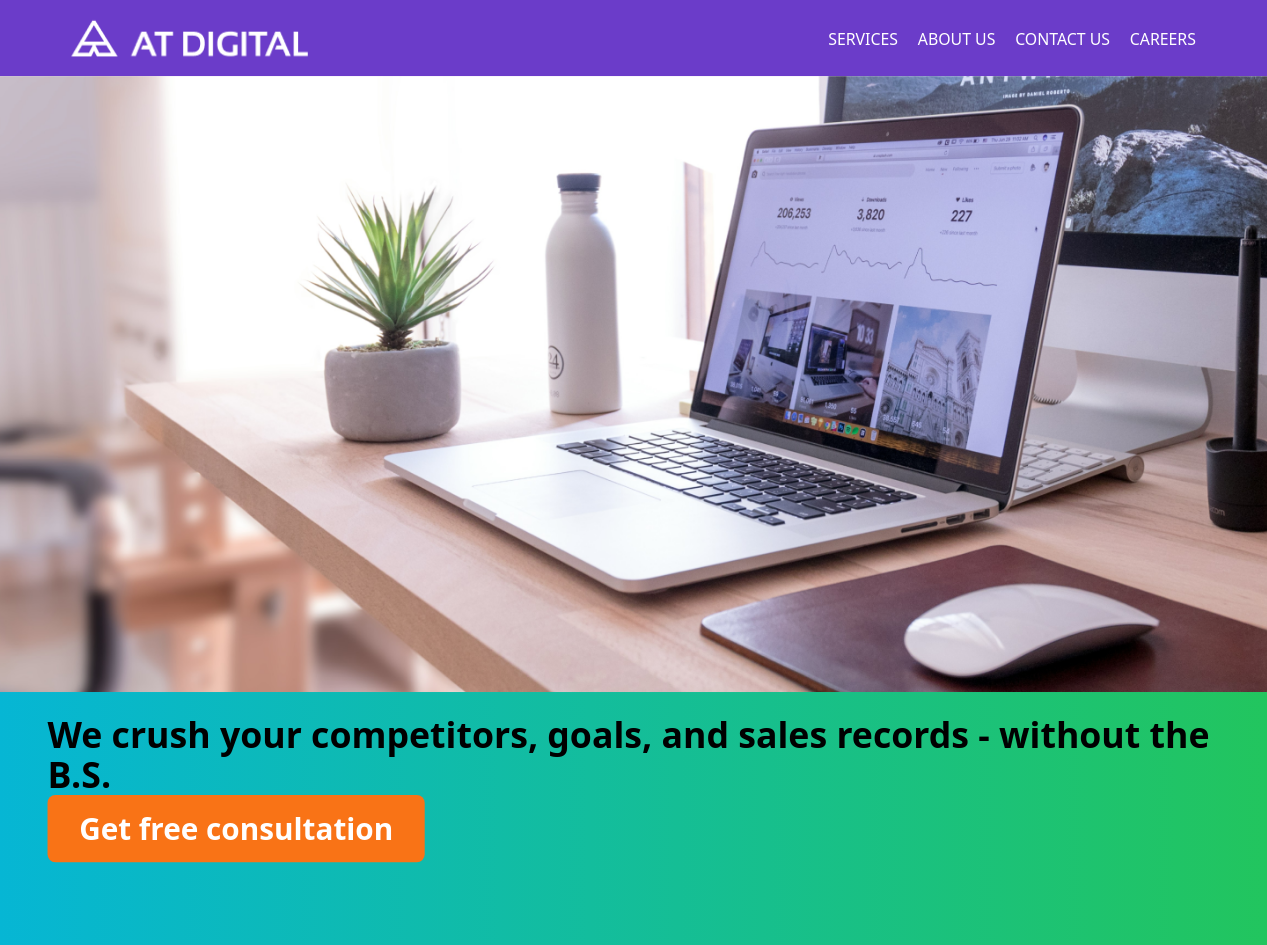
Repository: Milith97/AT-Digital-Website
Page: /
These files come from the project's save history. The page is drawn as it stood at one moment and after the next save; the edit follows.
The browser window is 1280 px wide. The pictures show the whole page, at 99% of full size.
The project was rebuilt for these pictures with package versions that can differ from the ones it lists, and the page was loaded fresh each time. Also part of the build but not shown: vite.config.js.

Above is the page before, as saved 2024-04-06 19:45:57.

### src/App.jsx
// App.js or your main component file
import React from 'react';
import NavBar from './Components/NavBar';
import HomePage from './Components/HomePage';

function App() {
  return (
    <div className="App">
      <NavBar />
      <HomePage />
    </div>
  );
}

export default App;

### src/Components/NavBar.jsx
import React, { useState } from 'react';
import Logo from '../assets/Img/Logo.png';

const NavBar = () => {
    const [isOpen, setIsOpen] = useState(false);

    return (
        <nav className="bg-[#6B3CC9]">
            <div className="max-w-1440px max-h-20 xl:px-16 md:px-7 sm:px-11 max-lg:mx-6">
                <div className="flex justify-between">
                    <div>
                        <a href="#" className={`flex items-center py-5 sm:px-2 ${isOpen ? 'hidden' : 'flex'}`}>
                            <img src={Logo} alt="Logo" />
                        </a>
                    </div>
                    <div className={`hidden md:flex font-medium text-white items-center space-x-1 ${isOpen ? 'flex' : 'hidden'}`}>
                        <a href="#" className="py-5 px-2 ">SERVICES</a>
                        <a href="#" className="py-5 px-2 ">ABOUT US</a>
                        <a href="#" className="py-5 px-2 ">CONTACT US</a>
                        <a href="#" className="py-5 px-2 ">CAREERS</a>
                    </div>
                    <div className="md:hidden flex items-center ">
                        <button onClick={() => setIsOpen(!isOpen)} className="text-white focus:outline-none">
                            {!isOpen ? (
                                <svg className="h-14 w-10" stroke="white" viewBox="0 0 24 24" >
                                    <path strokeLinecap="round" strokeLinejoin="round" strokeWidth="3" d="M4 6h16M4 12h16M4 18h16" />
                                </svg>
                            ) : (
                                <svg className="h-12 w-8" stroke="black" viewBox="0 0 24 24" >
                                    <path strokeLinecap="round" strokeLinejoin="round" strokeWidth="3" d="M6 18L18 6M6 6l12 12" />
                                </svg>
                            )}
                        </button>
                    </div>
                </div>
            </div>
            <div className={`${isOpen ? 'block' : 'hidden'} md:hidden`}>
                <div className="bg-white">
                    <a href="#" className="block py-2 px-4 text-sm text-black-500 ">HOME</a>
                    <a href="#" className="block py-2 px-4 text-sm text-black-500">SERVICES</a>
                    <a href="#" className="block py-2 px-4 text-sm text-black-500">ABOUT US</a>
                    <a href="#" className="block py-2 px-4 text-sm text-black-500">CONTACT US</a>
                    <a href="#" className="block py-2 px-4 text-sm text-black-500">CAREERS</a>
                </div>
            </div>
        </nav>
    );
};

export default NavBar;

### src/Components/HomePage.jsx
import React from 'react';
import backgroundImage from '../assets/Img/Home.png';

const HomePage = () => {
    return (
        <div >
            <img src={backgroundImage} alt="Home Image" />
            <div className='h-64 max-w-full bg-gradient-to-r from-cyan-500 to-green-500'>
                <div className='text-lg py-6 px-12'>
                    <p className='font-semibold text-4xl'>We crush your competitors, goals, and sales records - without the B.S.</p>
                    <div className=''>
                        <button className='bg-orange-500 text-white font-bold text-3xl px-8 py-4 rounded-lg'>Get free consultation</button>
                    </div>
                </div>
            </div>
        </div>
    );
};

export default HomePage;

Loaded but not shown: index.html (common file); src/main.jsx (common file); src/index.css (common file); tailwind.config.js (common file)

After the next save:
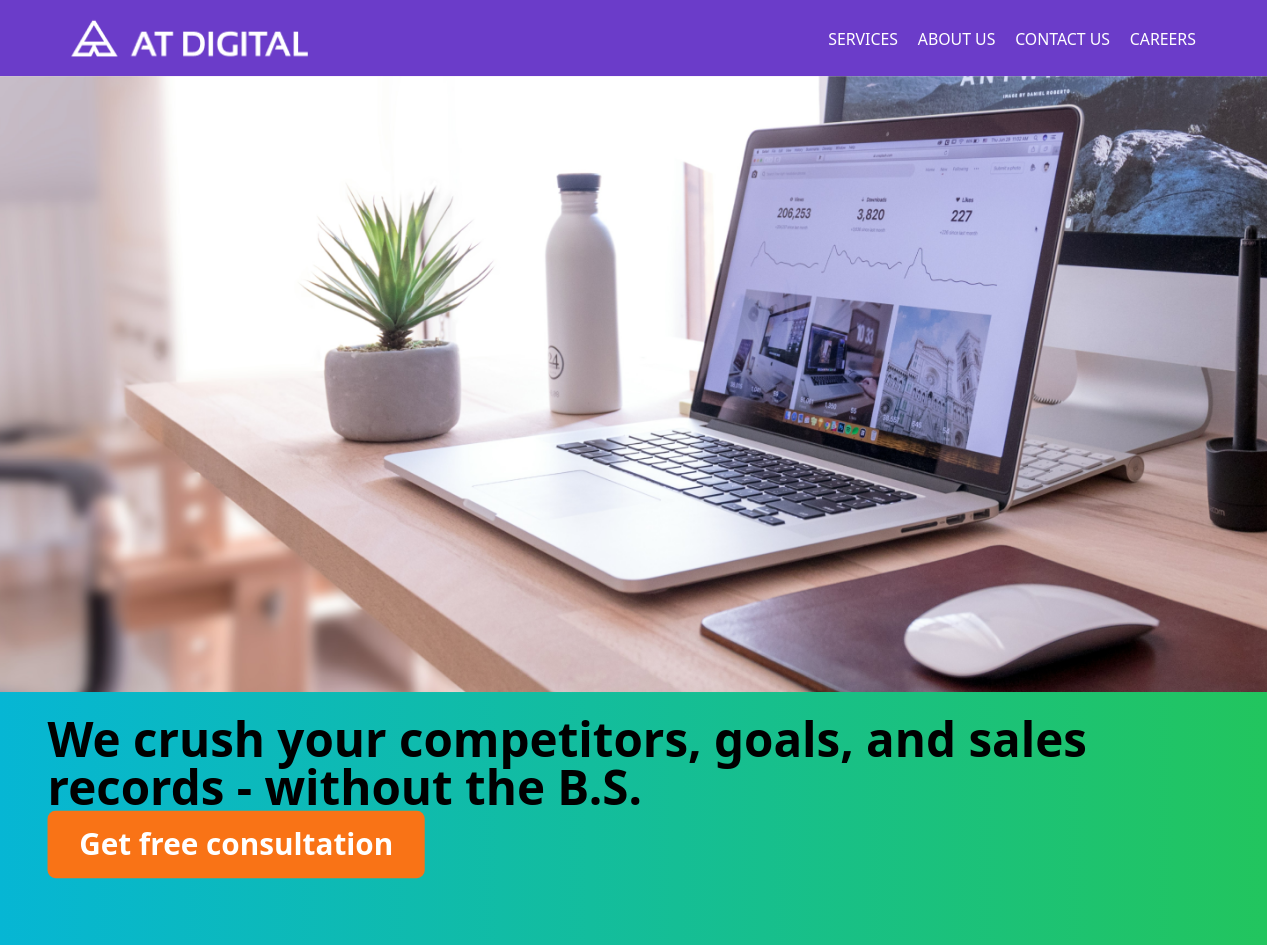
Saved 42 s later.
--- a/src/Components/HomePage.jsx
+++ b/src/Components/HomePage.jsx
@@ -7,7 +7,7 @@ const HomePage = () => {
             <img src={backgroundImage} alt="Home Image" />
             <div className='h-64 max-w-full bg-gradient-to-r from-cyan-500 to-green-500'>
                 <div className='text-lg py-6 px-12'>
-                    <p className='font-semibold text-4xl'>We crush your competitors, goals, and sales records - without the B.S.</p>
+                    <p className='font-semibold text-5xl'>We crush your competitors, goals, and sales records - without the B.S.</p>
                     <div className=''>
                         <button className='bg-orange-500 text-white font-bold text-3xl px-8 py-4 rounded-lg'>Get free consultation</button>
                     </div>
